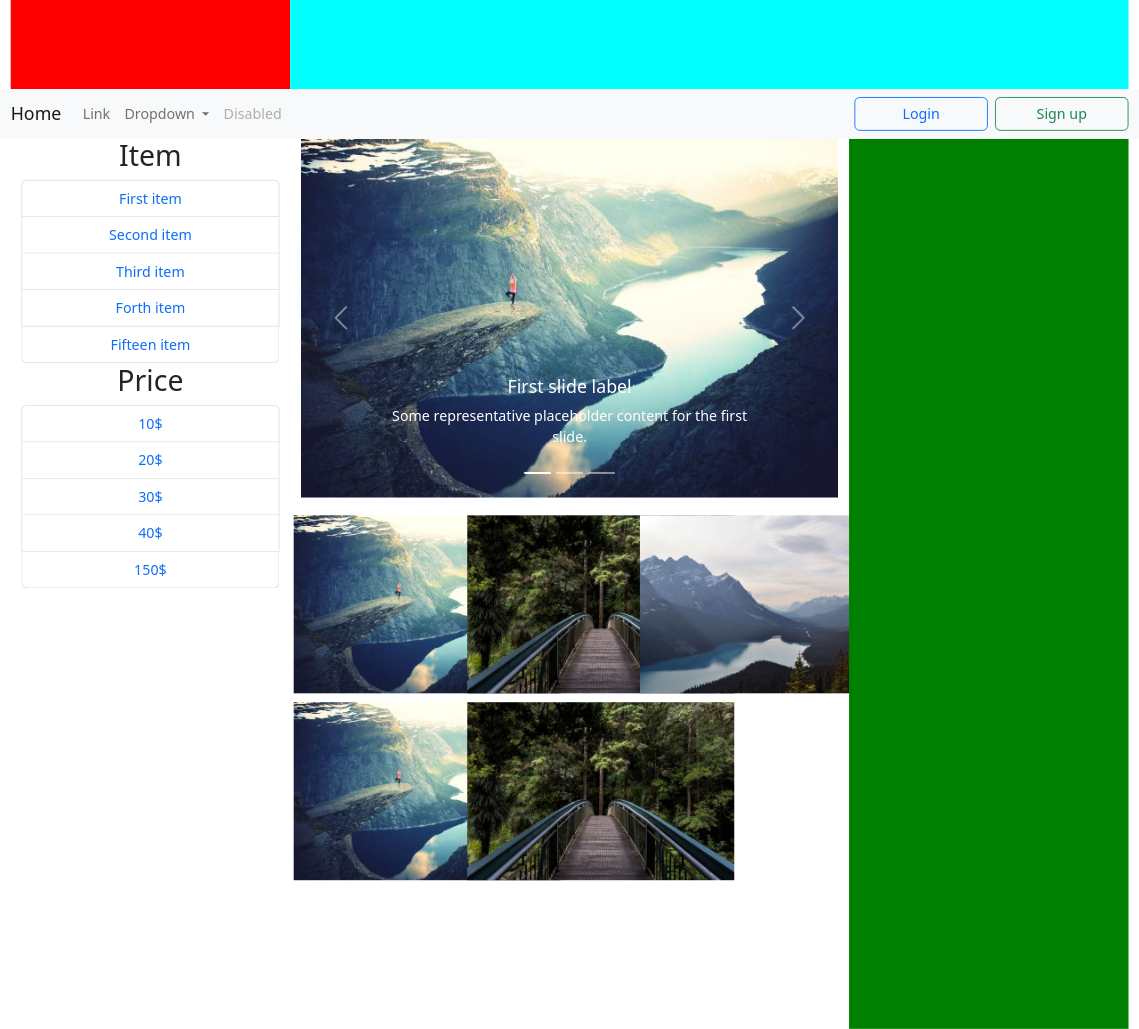
Repository: nguyenhung50497/MD2_bootstrap
Page: BT_giaoDienWeb/index.html
An editor plug-in stored every save of this project. The page is shown before and after the next save, followed by the edit.
The browser window is 1280 px wide. The pictures show the whole page, at 89% of full size.

Above is the page before, as saved 2022-11-30 14:13:29.

### BT_giaoDienWeb/index.html
<!DOCTYPE html>
<html lang="en">
<head>
    <meta charset="UTF-8">
    <meta http-equiv="X-UA-Compatible" content="IE=edge">
    <meta name="viewport" content="width=device-width, initial-scale=1.0">
    <link href="https://cdn.jsdelivr.net/npm/bootstrap@5.2.3/dist/css/bootstrap.min.css" rel="stylesheet" integrity="sha384-rbsA2VBKQhggwzxH7pPCaAqO46MgnOM80zW1RWuH61DGLwZJEdK2Kadq2F9CUG65" crossorigin="anonymous">
    <script src="https://cdn.jsdelivr.net/npm/bootstrap@5.2.3/dist/js/bootstrap.bundle.min.js" integrity="sha384-kenU1KFdBIe4zVF0s0G1M5b4hcpxyD9F7jL+jjXkk+Q2h455rYXK/7HAuoJl+0I4" crossorigin="anonymous"></script>
    <title>Document</title>
</head>
<style>
    .logo {
        background-color: red;
        height: 100px;
    }
    .anhBia {
        background-color: aqua;
        height: 100px;
    }
    .right {
        background-color: green;
        height: 1000px;
    }
    a {
        text-decoration: none;
    }
    .contentImg {
        padding: 10px;
    }
    .contentImg > div > img {
        margin-left: -30px;
        margin-top: 10px;
        height: 200px;
    }
</style>
<body>
<center>
    <div>
    <header class="container-fluid row">
        <div class="col-lg-3 logo">
            <img src="" alt="">
        </div>
        <div class="col-lg-9 anhBia">
            <img src="" alt="">
        </div>
    </header>
    <nav class="navbar navbar-expand-lg bg-light">
        <div class="container-fluid">
          <a class="navbar-brand" href="#">Home</a>
          <button class="navbar-toggler" type="button" data-bs-toggle="collapse" data-bs-target="#navbarSupportedContent" aria-controls="navbarSupportedContent" aria-expanded="false" aria-label="Toggle navigation">
            <span class="navbar-toggler-icon"></span>
          </button>
          <div class="collapse navbar-collapse" id="navbarSupportedContent">
            <ul class="navbar-nav me-auto mb-2 mb-lg-0">
              <li class="nav-item">
                <a class="nav-link" href="#">Link</a>
              </li>
              <li class="nav-item dropdown">
                <a class="nav-link dropdown-toggle" href="#" role="button" data-bs-toggle="dropdown" aria-expanded="false">
                  Dropdown
                </a>
                <ul class="dropdown-menu">
                  <li><a class="dropdown-item" href="#">Action</a></li>
                  <li><a class="dropdown-item" href="#">Another action</a></li>
                  <li><hr class="dropdown-divider"></li>
                  <li><a class="dropdown-item" href="#">Something else here</a></li>
                </ul>
              </li>
              <li class="nav-item">
                <a class="nav-link disabled">Disabled</a>
              </li>
            </ul>
            <form class="d-flex" role="search">
              <button class="form-control me-2 btn btn-outline-primary" style="width: 150px;">Login</button>
              <button class="btn btn-outline-success" type="submit" style="width: 150px;">Sign up</button>
            </form>
          </div>
        </div>
      </nav>
    <div class="container-fluid row">
        <aside class="col-lg-3 left">
            <h2>Item</h2>
            <ul class="list-group">
                <li class="list-group-item"><a href="">First item</a></li>
                <li class="list-group-item"><a href="">Second item</a></li>
                <li class="list-group-item"><a href="">Third item</a></li>
                <li class="list-group-item"><a href="">Forth item</a></li>
                <li class="list-group-item"><a href="">Fifteen item</a></li>
            </ul>
            <h2>Price</h2>
            <ul class="list-group">
                <li class="list-group-item"><a href="">10$</a></li>
                <li class="list-group-item"><a href="">20$</a></li>
                <li class="list-group-item"><a href="">30$</a></li>
                <li class="list-group-item"><a href="">40$</a></li>
                <li class="list-group-item"><a href="">150$</a></li>
            </ul>
        </aside>
        <section class="col-lg-6 content">
            <div id="carouselExampleCaptions" class="carousel slide" data-bs-ride="false">
                <div class="carousel-indicators">
                  <button type="button" data-bs-target="#carouselExampleCaptions" data-bs-slide-to="0" class="active" aria-current="true" aria-label="Slide 1"></button>
                  <button type="button" data-bs-target="#carouselExampleCaptions" data-bs-slide-to="1" aria-label="Slide 2"></button>
                  <button type="button" data-bs-target="#carouselExampleCaptions" data-bs-slide-to="2" aria-label="Slide 3"></button>
                </div>
                <div class="carousel-inner">
                  <div class="carousel-item active">
                    <img src="anh1.jpg" class="d-block w-100" alt="Anh 1">
                    <div class="carousel-caption d-none d-md-block">
                      <h5>First slide label</h5>
                      <p>Some representative placeholder content for the first slide.</p>
                    </div>
                  </div>
                  <div class="carousel-item">
                    <img src="anh2.jpg" class="d-block w-100" alt="Anh 2">
                    <div class="carousel-caption d-none d-md-block">
                      <h5>Second slide label</h5>
                      <p>Some representative placeholder content for the second slide.</p>
                    </div>
                  </div>
                  <div class="carousel-item">
                    <img src="anh3.jpg" class="d-block w-100" alt="Anh 3">
                    <div class="carousel-caption d-none d-md-block">
                      <h5>Third slide label</h5>
                      <p>Some representative placeholder content for the third slide.</p>
                    </div>
                  </div>
                </div>
                <button class="carousel-control-prev" type="button" data-bs-target="#carouselExampleCaptions" data-bs-slide="prev">
                  <span class="carousel-control-prev-icon" aria-hidden="true"></span>
                  <span class="visually-hidden">Previous</span>
                </button>
                <button class="carousel-control-next" type="button" data-bs-target="#carouselExampleCaptions" data-bs-slide="next">
                  <span class="carousel-control-next-icon" aria-hidden="true"></span>
                  <span class="visually-hidden">Next</span>
                </button>
            </div>
            <div class="container-fluid row contentImg">
                <div class="col-lg-4"><img src="anh1.jpg" alt=""></div>
                <div class="col-lg-4"><img src="anh2.jpg" alt=""></div>
                <div class="col-lg-4"><img src="anh3.jpg" alt=""></div>
                <div class="col-lg-4"><img src="anh1.jpg" alt=""></div>
                <div class="col-lg-4"><img src="anh2.jpg" alt=""></div>
            </div>
        </section>
        <aside class="col-lg-3 right"></aside>
    </div>
    <footer></footer>
    </div>
</center>
</body>
</html>

After the next save:
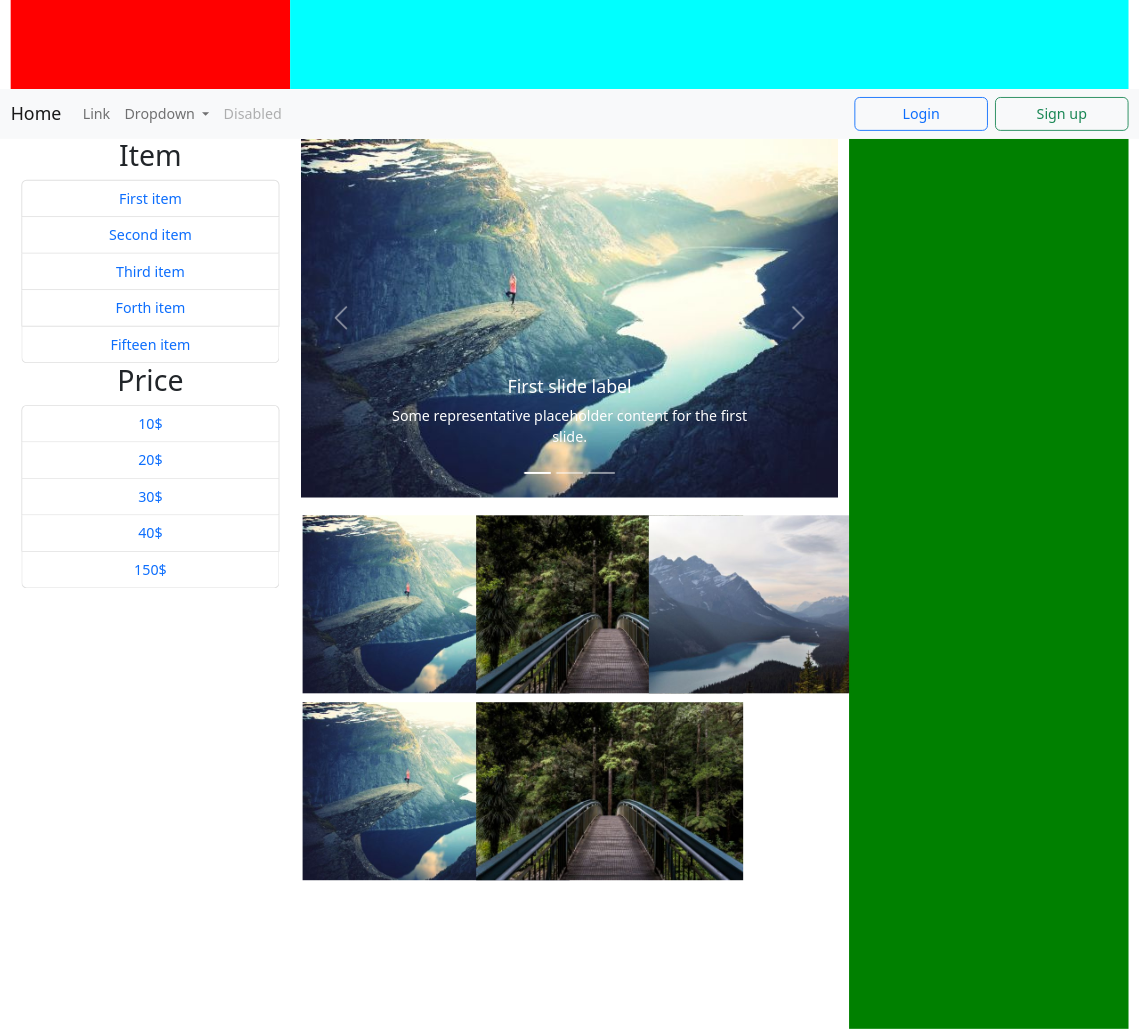
Saved 10 s later.
--- a/BT_giaoDienWeb/index.html
+++ b/BT_giaoDienWeb/index.html
@@ -28,7 +28,7 @@
         padding: 10px;
     }
     .contentImg > div > img {
-        margin-left: -30px;
+        margin-left: -20px;
         margin-top: 10px;
         height: 200px;
     }
